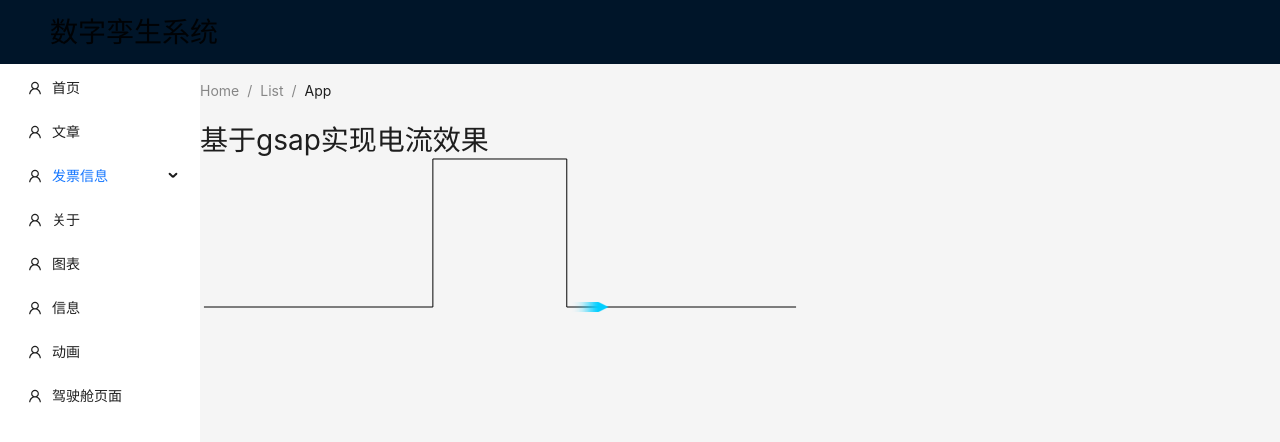
Repository: HailiePan/webpack-react-practice
Page: /animation
The author's editor kept a copy of each file at every save. The page is drawn from the files as they stood at one save, then again after the next save.
The browser window is 1280 px wide. The pictures show the whole page.
The project was rebuilt for these pictures with package versions that can differ from the ones it lists, and the page was loaded fresh each time. Also part of the build but not shown: src/pages/Animation/component/ScrollAnimation/index.jsx, src/pages/Home.jsx, src/pages/Invoices/index.jsx, src/pages/Invoices/Invoice.jsx, src/pages/Invoices/Pending.jsx, src/pages/Invoices/Complete.jsx, src/components/CommonBox/index.less, src/components/CommonBox/index.jsx and 27 more.

Above is the page before, as saved 2024-01-24 17:10:36.

### index.html
<!--
 * Author  hailie.pan
 * Date  2023-10-08 16:03:03
 * LastEditors  hailie.pan
 * LastEditTime  2023-10-08 16:03:04
 * Description  file content
-->
<!--
 * Author  hailie.pan
 * Date  2023-10-07 17:34:05
 * LastEditors  hailie.pan
 * LastEditTime  2023-10-07 17:34:06
 * Description  file content
-->
<!DOCTYPE html>
<html lang="en">
  <head>
    <meta charset="UTF-8" />
    <meta http-equiv="X-UA-Compatible" content="IE=edge" />
    <meta name="viewport" content="width=device-width, initial-scale=1.0" />
    <title>Document</title>
  </head>
  <body>
    <div id="app"></div>
  </body>
</html>

### src/index.jsx
/*
 * Author  hailie.pan
 * Date  2023-10-07 17:16:58
 * LastEditors  hailie.pan
 * LastEditTime  2023-10-24 17:39:40
 * Description  file content
 */
import React, { StrictMode } from "react";
import * as ReactDOM from "react-dom/client";
import { BrowserRouter, useRoutes } from "react-router-dom";
import { routes } from "@/router";
const App = () => {
  return useRoutes(routes);
};
const root = ReactDOM.createRoot(document.getElementById("app"));
// v18 的新方法
root.render(
  <StrictMode>
    <BrowserRouter>
      <App />
    </BrowserRouter>
  </StrictMode>
);

// BrowserRouter下直接渲染useRoutes,routes里配置好路径对应的组件
// 然后就会显示路径对应的组件
// useRoutes(routes)必须在函数里写着

### src/router/index.js
/*
 * @Author: Hailie.Pan
 * @Date: 2023-11-28 10:30:45
 * @LastEditors: Hailie.Pan
 * @LastEditTime: 2024-01-11 10:41:08
 * @Description:
 */
/*
 * Author  hailie.pan
 * Date  2023-10-13 17:13:27
 * LastEditors  hailie.pan
 * LastEditTime  2023-11-28 10:30:45
 * Description  file content
 */
import React from "react";
import { useRoutes } from "react-router-dom";

import BaseLayout from "@/BaseLayout";

import Home from "@/pages/Home";
import Invoices from "@/pages/Invoices";
import Invoice from "@/pages/Invoices/Invoice";
import Pending from "@/pages/Invoices/Pending";
import Complete from "@/pages/Invoices/Complete";
import About from "@/pages/About";
import Article from "@/pages/Article";
import ControlRoomFirstPage from "@/pages/ControlRoomFirstPage";
import Chart from "@/pages/Chart";
import Info from "@/pages/Info";
import Animation from '@/pages/Animation'

const routes = [
  {
    path: "/",
    element: <BaseLayout />,
    name: "一级场景",
    children: [
      { path: "/home", element: <Home />, name: "首页" },
      { path: "/article", element: <Article />, name: "文章" },
      {
        // path: "/invoices",
        // element: <Invoices />,
        name: "发票信息",
        children: [
          {
            path: "/invoices/invoicesDetail/:id",
            element: <Invoice />,
            name: "发票1详情",
          },
          {
            path: "/invoices/pending",
            element: <Pending />,
            name: "发票2详情",
          },
          {
            path: "/invoices/complete",
            element: <Complete />,
            name: "发票3详情",
          },
        ],
      },

      {
        path: "/about",
        element: <About />,
        name: "关于",
      },
      {
        path: "/chart",
        element: <Chart />,
        name: "图表",
      },
      {
        path: "/info",
        element: <Info />,
        name: "信息",
      },
      {
        path: "/animation",
        element: <Animation />,
        name: "动画",
      },
    ],
  },
  {
    path: "/controlRoomFirstPage",
    element: <ControlRoomFirstPage />,
    name: "驾驶舱页面",
  },
];

export { routes };

### src/BaseLayout/index.jsx
/*
 * Author  hailie.pan
 * Date  2023-10-13 17:28:32
 * LastEditors  hailie.pan
 * LastEditTime  2023-12-04 10:37:50
 * Description  file content
 */

import React, {useEffect, useCallback, useState, useMemo } from 'react';
import { LaptopOutlined, NotificationOutlined, UserOutlined } from '@ant-design/icons';
import { Breadcrumb, Layout, Menu, theme } from 'antd';
import { Link, NavLink, useRoutes, Navigate, Outlet } from 'react-router-dom';
import { gsap } from "gsap";
import { ScrollTrigger } from 'gsap/ScrollTrigger.js'
import { routes } from '@/router';
import StateContext from './data.js';
import styles from './index.less';
import ScrollAnimation from '@/pages/Animation/component/ScrollAnimation'
const { Header, Content, Sider } = Layout;

export default function BaseLayout() {
  // console.log("routes", routes);
  const [selectedMenuKeys, setSelectedMenuKeys] = useState([]);

  // useMemo缓存菜单的计算方法，避免每次刷新时都计算一遍
  // 这个菜单的算法还是不太优美，不好维护
  let showMenu = useMemo(
    () =>
      routes
        .map((item, index) => {
          if (item.children) {
            const arr2 = item.children.map((c, cIndex) => {
              return {
                key: cIndex,
                icon: React.createElement(UserOutlined),
                name: c.name,
                label: (
                  <NavLink to={c.path} state={'From App'}>
                    {c.name}
                  </NavLink>
                ),
                children: c?.children?.map((t, tIndex) => ({
                  key: `${cIndex}-${tIndex}`,
                  icon: React.createElement(UserOutlined),
                  name: t.name,
                  label: <NavLink to={t.path}>{t.name}</NavLink>
                }))
              };
            });
            return arr2;
          } else {
            return {
              key: 'dandu' + index,
              icon: React.createElement(UserOutlined),
              name: item.name,
              label: (
                <NavLink to={item.path} state={'From App'}>
                  {item.name}
                </NavLink>
              )
            };
          }
        })
        .flat(), // arr2是个数组，放到showMenu数组里需要拉平
    []
  );
  showMenu.flat();
  // console.log("showMenu", showMenu);

  const menuArr = [
    {
      key: 0,
      icon: React.createElement(UserOutlined),
      label: (
        <NavLink to="/home" state={'From App'}>
          首页
        </NavLink>
      )
    },

    {
      key: 1,
      icon: React.createElement(LaptopOutlined),
      label: <NavLink to="invoices">发票信息</NavLink>,
      children: [
        {
          key: '1-0',
          label: <NavLink to="/invoices/invoicesDetail/1?a=a&b=b">发票1详情页</NavLink>
        },
        {
          key: '1-1',
          label: <NavLink to="/invoices/pending?fromPage=菜单点击">发票2详情页</NavLink>
        },
        {
          key: '1-2',
          label: (
            <NavLink to="/invoices/complete" state={'左侧菜单点击'}>
              发票3详情页
            </NavLink>
          )
        }
      ]
    },
    {
      key: 2,
      icon: React.createElement(NotificationOutlined),
      label: <NavLink to="about">关于</NavLink>
    },
    {
      key: 3,
      icon: React.createElement(NotificationOutlined),
      label: <NavLink to="controlRoomFirstPage">驾驶舱页面</NavLink>
    },
    {
      key: 4,
      icon: React.createElement(LaptopOutlined),
      label: <NavLink to="article">文章</NavLink>
    }
  ];

  const onSelectMenu = ({ item, key, keyPath, selectedKeys, domEvent }) => {
    setSelectedMenuKeys([key]);
  };

  const [state, setState] = useState('playing');

  // useEffect(()=>{
  //   gsap.registerPlugin(ScrollTrigger)
  //     // 绿色方块
  //     gsap.to("#ewrwer", {
  //       rotation: 900,
  //       x:400,
  //       duration: 1,
  //       scrollTrigger: {
  //         trigger: '#ewrwer', // 动画的元素
  //         scroller: document.getElementById('21321'), // 滚动的元素
  //         scrub: 2,
  //         markers: true,
  //       },

  //     });
  // },[])

  return (
    <Layout className={styles.layoutWrap}>
{/*
      <div className={styles.box} id='21321'>
        <div className={styles.green} id='ewrwer'></div>
        <div style={{height:'1000px'}} />
      </div> */}

      {/* <ScrollAnimation /> */}


      <Header className={styles.header}>
        <div className={styles.logo} />

        <h1>数字孪生系统</h1>
      </Header>

      <Layout>
        <Sider className={styles.sider}>
          <Menu
            mode="inline"
            // defaultSelectedKeys={["0"]}
            // defaultOpenKeys={["sub1"]}
            style={{
              height: '100%',
              borderRight: 0
            }}
            items={showMenu}
            selectedKeys={selectedMenuKeys}
            onSelect={onSelectMenu}
          />
        </Sider>

        <Layout className={styles.rightLayout}>
          <Breadcrumb
            style={{
              margin: '16px 0'
            }}
          >
            <Breadcrumb.Item>Home</Breadcrumb.Item>
            <Breadcrumb.Item>List</Breadcrumb.Item>
            <Breadcrumb.Item>App</Breadcrumb.Item>
          </Breadcrumb>

          <StateContext.Provider value={{ state, setState }}>
            <Content className={styles.content} id='content'>
              <Outlet />
            </Content>
          </StateContext.Provider>
        </Layout>
      </Layout>
    </Layout>
  );
}

### src/pages/Animation/index.jsx
/*
 * @Author: Hailie.Pan
 * @Date: 2024-01-11 10:41:16
 * @LastEditors: Hailie.Pan
 * @LastEditTime: 2024-01-24 15:25:22
 * @Description:
 */
import React, { useRef, useEffect, useState } from 'react';
import { gsap } from 'gsap';
import { ScrollTrigger } from 'gsap/ScrollTrigger.js';
import MoveBox from './component/MoveBox';
import MoveOnPath from './component/MoveOnPath';
import CanvasDraw from './component/CanvasDraw';
import TimeLine from './component/TimeLine';
import ScrollAnimation from './component/ScrollAnimation';
import ScrollAnimation2 from './component/ScrollAnimation2';
import ImitateElectricity from './component/ImitateElectricity';
import DraggableCom from './component/DraggableCom';
import styles from './index.module.less';

export default function Animation() {
  let obj = { myNum: 10, myColor: 'red' };

  useEffect(() => {
    // stagger 依次执行动画
    // gsap.to([boxRef.current, boxRef2.current, boxRef3.current], {
    //   rotation: 360,
    //   stagger:1,
    //   duration:2
    // });

    gsap.to(obj, {
      myNum: 200,
      myColor: 'blue',
      onUpdate: () => {
        console.log('onUpdate', obj.myColor);
      },
      onComplete: () => console.log('onComplete', obj.myNum, obj.myColor)
    });
  }, []);

  return (
    <div className={styles.wrap}>
      {/* <MoveBox /> */}

      {/* 在canvas中驱动元素绘制 */}
      {/* <CanvasDraw /> */}

      {/* 时间线动画 stagger依次错开 */}
      {/* <TimeLine /> */}

      {/* 元素沿SVG路径移动 */}
      {/* <MoveOnPath /> */}

      {/* 把canvas的效果和gsap的效果放在一起对比 */}
      {/* 模拟电流效果 */}
      <ImitateElectricity />

      {/* 滚动动画 */}
      {/* <ScrollAnimation /> */}

      {/* 滚动动画 */}
      {/* <ScrollAnimation2 /> */}

      {/* 可拖拽 */}
      {/* <DraggableCom /> */}
    </div>
  );
}

### src/BaseLayout/data.js
/*
 * Author  hailie.pan
 * Date  2023-11-28 10:20:25
 * LastEditors  hailie.pan
 * LastEditTime  2023-11-28 10:26:27
 * Description  file content
 */
import { createContext } from "react";

const StateContext = createContext({});

export default StateContext;

### src/BaseLayout/index.less
body {
  margin: 0;
  // height: 200vh;
}


.layoutWrap {
  height: 100vh;
  overflow-y: auto;
}

.box{
  height: 200px;
  overflow-y: auto;
  // border: 1px solid rgb(239, 200, 151);
}
.green{
  width: 50px;
  height: 50px;
  background-color: green;
  border-radius: 4px;
  margin: 0 auto;
  position: fixed;
  top: 50%;
  left: 50%;
}
.header {
  display: flex;
  align-items: center;

  .logo {
    width: 100px;
    height: 40px;
    background: rgba(255, 255, 255, 0.5);
    margin-right: 20px;
  }
  h1 {
    color: #fff;
    padding: 0;
    margin: 0;
  }
}
@colorBgContainer: #fff;
.sider {
  width: 200;
  background: @colorBgContainer;
}
.rightLayout {
  padding: 0 24px 24px;
}

.content {
  padding: 24px;
  margin: 0;
  min-height: 280px;
  background: @colorBgContainer;
  // border: 1px solid green; // 高度没有被页面的高度撑开
  // height: auto;
  overflow-y: scroll;
}

### src/pages/home.less
@color: rgb(248, 157, 39);

@font-face {
  font-family: "DIN";
  src: url("@/assets/fonts/庞门正道标题体2.0增强版.ttf");
  font-style: normal;
  font-weight: normal;
}
.wrapper {
  font-weight: 700;
  color: #333;

  ul {
    color: @color;
    // list-style-type: none;
  }
  .fontStyle {
    font-family: "DIN";
  }

  .box {
    height: 500px;
    margin-top: 20px;
    display: flex;
    .item {
      flex-shrink: 1; //属性定义了项目的缩小比例，默认为1，即如果空间不足，该项目将缩小
      flex-grow: 1; // 定义项目的放大比例，默认为0，即如果存在剩余空间，也不放大
      width: 300px;
      background-color: #fce09e;
      border: 1px solid rgb(255, 162, 0);
    }
  }
  .showImg {
    display: flex;
    img {
      width: 100px;
      height: 100px;
      margin-top: 10px;
      display: block;
    }
  }
}

### src/pages/Animation/component/ImitateElectricity/index.jsx
/*
 * @Author: Hailie.Pan
 * @Date: 2024-01-16 22:18:53
 * @LastEditors: Hailie.Pan
 * @LastEditTime: 2024-01-24 17:09:40
 * @Description:
 */
import React, { useEffect, useRef } from 'react';
import { gsap } from 'gsap';
import { MotionPathPlugin, MotionPathHelper } from 'gsap/all';
import { Button } from 'antd';
import styles from './index.module.less';

export default function ImitateElectricity() {
  const jiantou = useRef();
  const jiantou2 = useRef();
  const jiantou3 = useRef();
  const jiantou4 = useRef();
  const jiantou5 = useRef();

  // 注册插件
  gsap.registerPlugin(MotionPathPlugin);

  useEffect(() => {
    const tl = gsap.timeline({ repeat: -1 });
    gsap.set(
      [jiantou.current, jiantou2.current, jiantou3.current, jiantou4.current, jiantou5.current],
      { scale: 0.5, opacity: 0 }
    );

    tl.to([jiantou.current], {
      duration: 0.1,
      opacity: 1
    });

    tl.to([jiantou.current], {
      duration: 2,
      ease: 'none',
      immediateRender: true,
      motionPath: {
        path: '#xianlu', // 路径
        align: '#xianlu', // 对齐到路径
        alignOrigin: [0.5, 0.5], // 对齐原点
        autoRotate: 90, // 沿路径方向旋转角度
        end: 0.24
      }
    });
    tl.to([jiantou.current], {
      duration: 0.2,
      opacity: 0
    });

    tl.to(
      [jiantou2.current],
      {
        duration: 0.2,
        opacity: 1
      },
      '<0.1'
    );

    tl.to([jiantou2.current], {
      duration: 1,
      ease: 'none',
      immediateRender: true,
      // stagger: 2, // 间隔时间
      motionPath: {
        path: '#xianlu', // 路径
        align: '#xianlu', // 对齐到路径
        alignOrigin: [0.5, 0.5], // 对齐原点
        autoRotate: 90, // 沿路径方向旋转角度
        start: 0.28,
        end: 0.41
      }
    });
    tl.to([jiantou2.current], {
      duration: 0.2,
      opacity: 0
    });
    tl.to(
      [jiantou3.current],
      {
        duration: 0.2,
        opacity: 1
      },
      '<0.1'
    );

    tl.to([jiantou3.current], {
      duration: 3,
      ease: 'none',
      immediateRender: true,
      // stagger: 2, // 间隔时间
      motionPath: {
        path: '#xianlu', // 路径
        align: '#xianlu', // 对齐到路径
        alignOrigin: [0.5, 0.5], // 对齐原点
        autoRotate: 90, // 沿路径方向旋转角度
        start: 0.42
        // end: 0.41
      }
    });

    // gsap.registerPlugin(MotionPathPlugin, MotionPathHelper)
  }, []);

  return (
    <div>
      <h1>基于gsap实现电流效果</h1>
      {/* svg路径必须是path */}
      <svg class={styles.motionPath} viewBox="0 0 600 152">
        <path fill="none" stroke="#000" d="m0,151h231.97V1h135.69v150h232.35" />
        <path
          id="xianlu"
          fill="none"
          stroke="none"
          d="m0,151h225.12c3.78,0,6.85-3.06,6.85-6.85V8.04c0-3.89,3.15-7.04,7.04-7.04h121.97c3.69,0,6.68,2.99,6.68,6.68v136.63c0,3.69,3,6.69,6.69,6.69h225.66"
        />
      </svg>

      <div className={styles.jiantou} ref={jiantou}></div>
      <div className={styles.jiantou} ref={jiantou2}></div>
      <div className={styles.jiantou} ref={jiantou3}></div>
      <div className={styles.jiantou} ref={jiantou4}></div>
      <div className={styles.jiantou} ref={jiantou5}></div>
    </div>
  );
}

### src/pages/Animation/component/ScrollAnimation/index.module.less

.wrap{
  border:1px solid red;
  height: 600px;
  background-color: #111;
  color: white;
  // overflow-x: hidden;
  overflow-y: scroll;
}
h1, h2 {
  margin: 0;
  font-weight: 400;
  max-width: none;
}
.headerSection{
  height: 400px;
  line-height: 400px;
  border: 1px solid rgb(255, 140, 0);
}

.comparisonSection {
  position: relative;
  padding-bottom: 56.25%; /* to maintain aspect ratio (responsive!) */
  border: 1px solid yellow;

  .comparisonImage {
    width: 100%;
    height: 100%;

    img {
      width: 100%;
      height: 100%;
      position: absolute;
      top: 0;
    }
  }

  .afterImage {
    position: absolute;
    overflow: hidden;
    top: 0;
    transform: translate(100%, 0px);
    img {
      transform: translate(-100%, 0px);
    }
  }
}

### src/pages/Animation/component/ImitateElectricity/index.module.less
.motionPath {
  overflow: visible;
  width: 600px;
  height: 150px;
}

.jiantou {
  width: 20px;
  height: 77px;
  background: url('./assets/jiantou2.png');
}

After the next save:
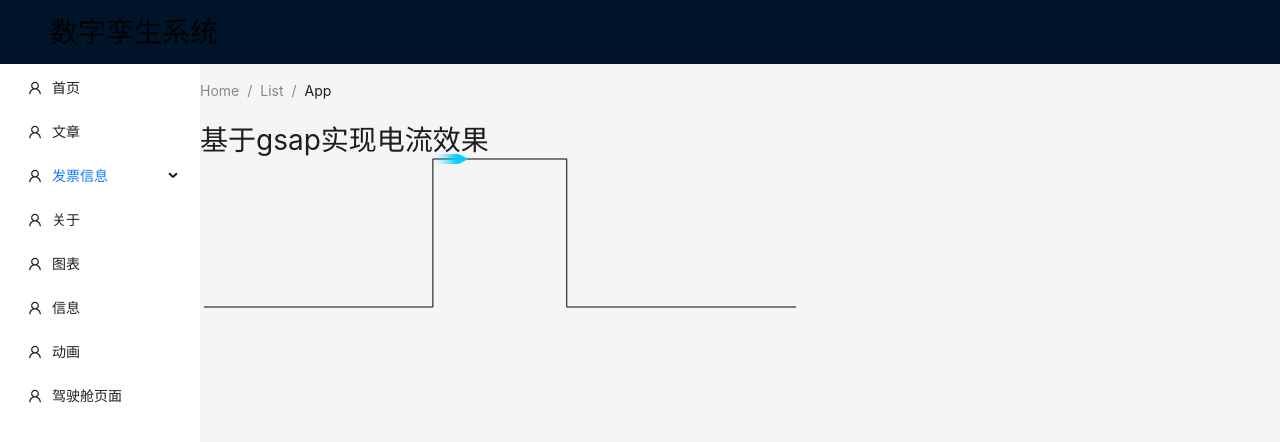
Saved 21 s later.
--- a/src/pages/Animation/component/ImitateElectricity/index.jsx
+++ b/src/pages/Animation/component/ImitateElectricity/index.jsx
@@ -2,7 +2,7 @@
  * @Author: Hailie.Pan
  * @Date: 2024-01-16 22:18:53
  * @LastEditors: Hailie.Pan
- * @LastEditTime: 2024-01-24 17:09:40
+ * @LastEditTime: 2024-01-24 17:10:57
  * @Description:
  */
 import React, { useEffect, useRef } from 'react';
@@ -96,8 +96,8 @@ export default function ImitateElectricity() {
         align: '#xianlu', // 对齐到路径
         alignOrigin: [0.5, 0.5], // 对齐原点
         autoRotate: 90, // 沿路径方向旋转角度
-        start: 0.42
-        // end: 0.41
+        start: 0.43,
+        end: 0.45
       }
     });
 
